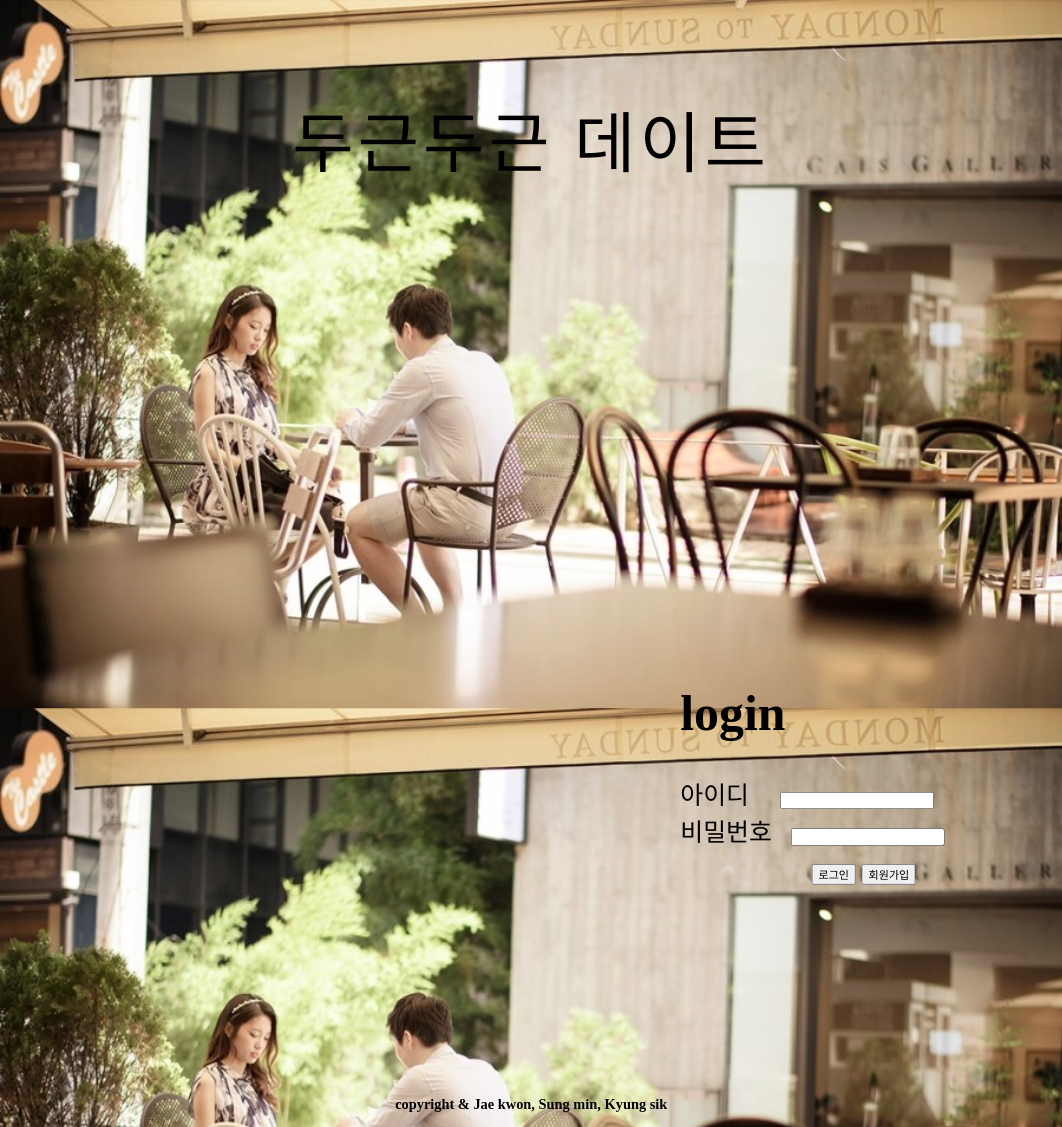
Repository: pinokio531/date_application
Page: http://localhost/doogeunDate/indexPage.jsp
An editor plug-in stored every save of this project. The page is shown before and after the next save, followed by the edit.
The browser window is 1280 px wide. The pictures show the whole page, at 83% of full size.
Some web fonts or font styles are not loaded; a fallback is used. The page is served by Tomcat 9.

Above is the page before, as saved 2019-06-04 01:33:27.

### doogeunDate/WebContent/indexPage.jsp
<%@ page language="java" contentType="text/html; charset=UTF-8"
    pageEncoding="UTF-8"%>
<html lang="en">

<head>
	<link href="https://fonts.googleapis.com/css?family=Nanum+Brush+Script&display=swap" rel="stylesheet">
	<meta charset="EUC-KR">
	<meta http-equiv="X-UA-Compatible" content="ie=edge">
	<title>Document</title>
	<link rel="stylesheet" type="text/css" href="./style/index.css" />
</head>

<body>
	<div id="header">
		<p>두근두근 데이트</p>
	</div>
	<form action="f_login.jsp" method="post">
		<div class="container">
			<div class="blank">&nbsp;</div>
			<div class="login">
				<h1>login</h1>
				아이디 &nbsp;&nbsp;&nbsp; <input name="id"><br>
				비밀번호 &nbsp;&nbsp;<input name="passwd"><br>

				<div class="button">
					<input type="submit" value="로그인">
					<input type="button" value="회원가입" onclick="location.href='joinPage.jsp'"><br>
				</div>
			</div>
		</div>
	</form>
	<div class="footer">
		<p>copyright & Jae kwon, Sung min, Kyung sik</p>
	</div>
</body>

</html>

### doogeunDate/WebContent/style/index.css
body{
    background:url(background.jpg);
    background-size: 100%;
}

#header{
    text-align: center;
    padding: 20px;
    font-family: 'Nanum Brush Script', cursive;
    font-size: 60pt;
    letter-spacing: 5px;
}

.container{
    height: 80%;
    margin: 0 auto;
}

.blank{
    float: left;
    width: 65%;
    height: 80%;
}

.footer{
    padding-top: 400px;
    text-align: center;
    font-size: 13pt;
}

.login{
    float: right;
    margin:10px;
    width: 35%;
    height: 80%;
    font-family: 'Nanum Brush Script', cursive;
    font-size: 30px;
}

.button{
    margin: 10px;
    text-align:center;
}

.footer p {
    font-weight: bold;
}

After the next save:
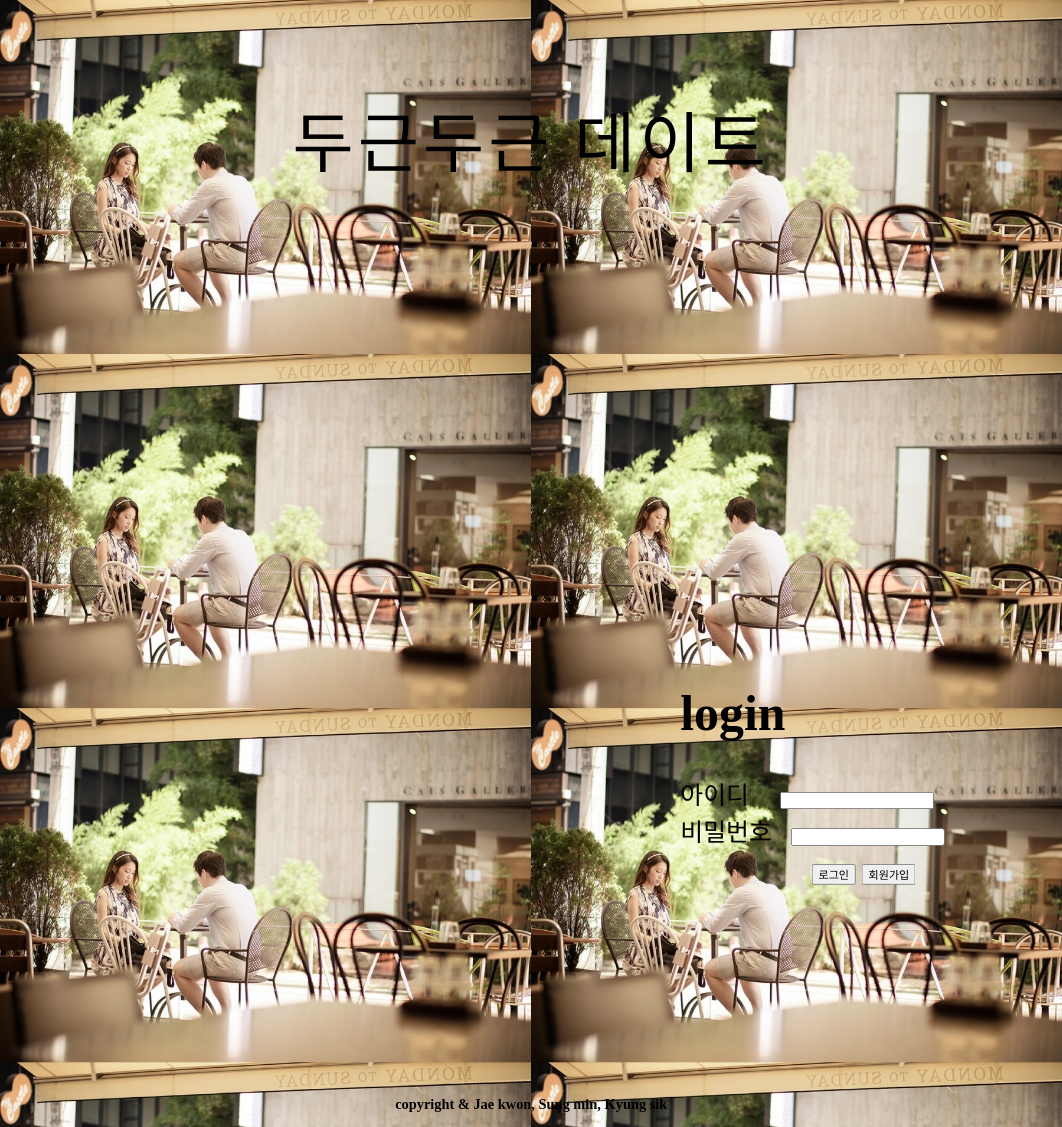
Saved 22 s later.
--- a/doogeunDate/WebContent/style/index.css
+++ b/doogeunDate/WebContent/style/index.css
@@ -1,6 +1,6 @@
 body{
     background:url(background.jpg);
-    background-size: 100%;
+    background-size: 50%;
 }
 
 #header{

After the save that followed:
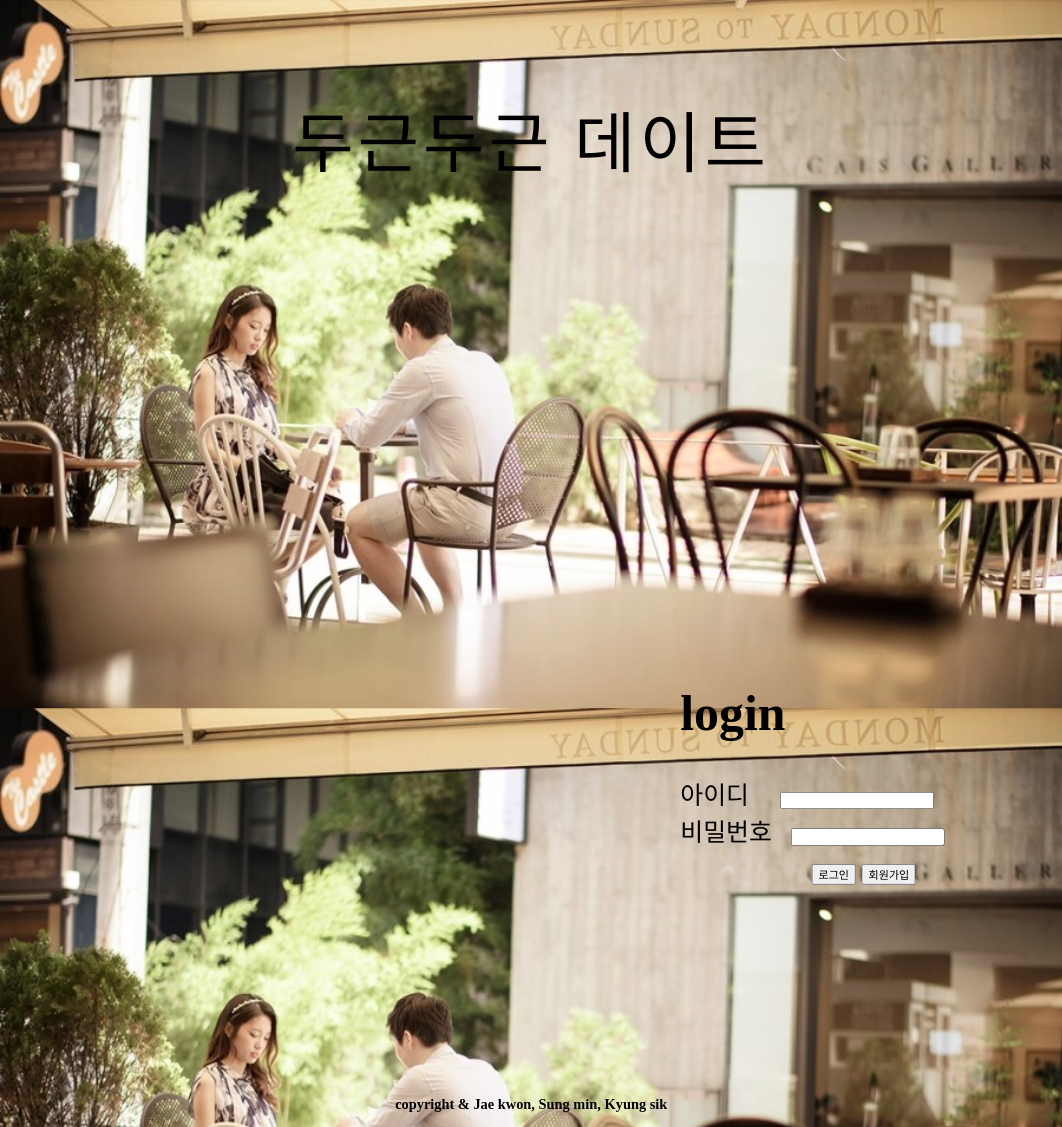
Saved 15 s later.
--- a/doogeunDate/WebContent/style/index.css
+++ b/doogeunDate/WebContent/style/index.css
@@ -1,6 +1,6 @@
 body{
     background:url(background.jpg);
-    background-size: 50%;
+    background-size: 100%;
 }
 
 #header{
